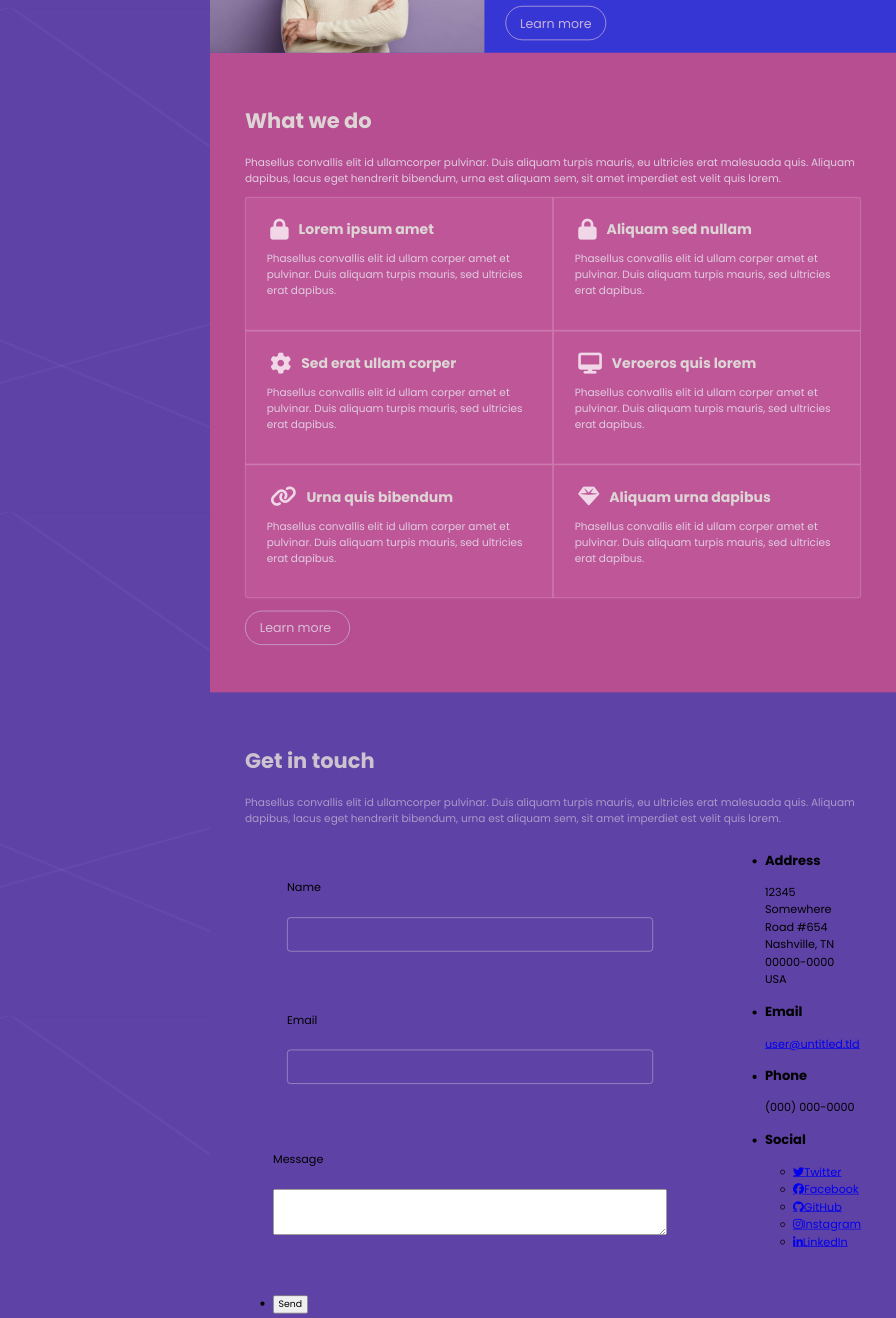
Repository: zai31/KIMIT_Tasks
Page: JsSession8/index.html
The author's editor kept a copy of each file at every save. The page is drawn from the files as they stood at one save, then again after a run of saves.
The browser window is 1280 px wide. The pictures show the part of the page from y = 1429 to 3349 px (the page is 3312 px tall before and 3349 px after), at 70% of full size.
Backgrounds fixed to the window are drawn as part of the page.

Above is the page before, as saved 2025-09-15 22:25:40.

After the next 3 saves:
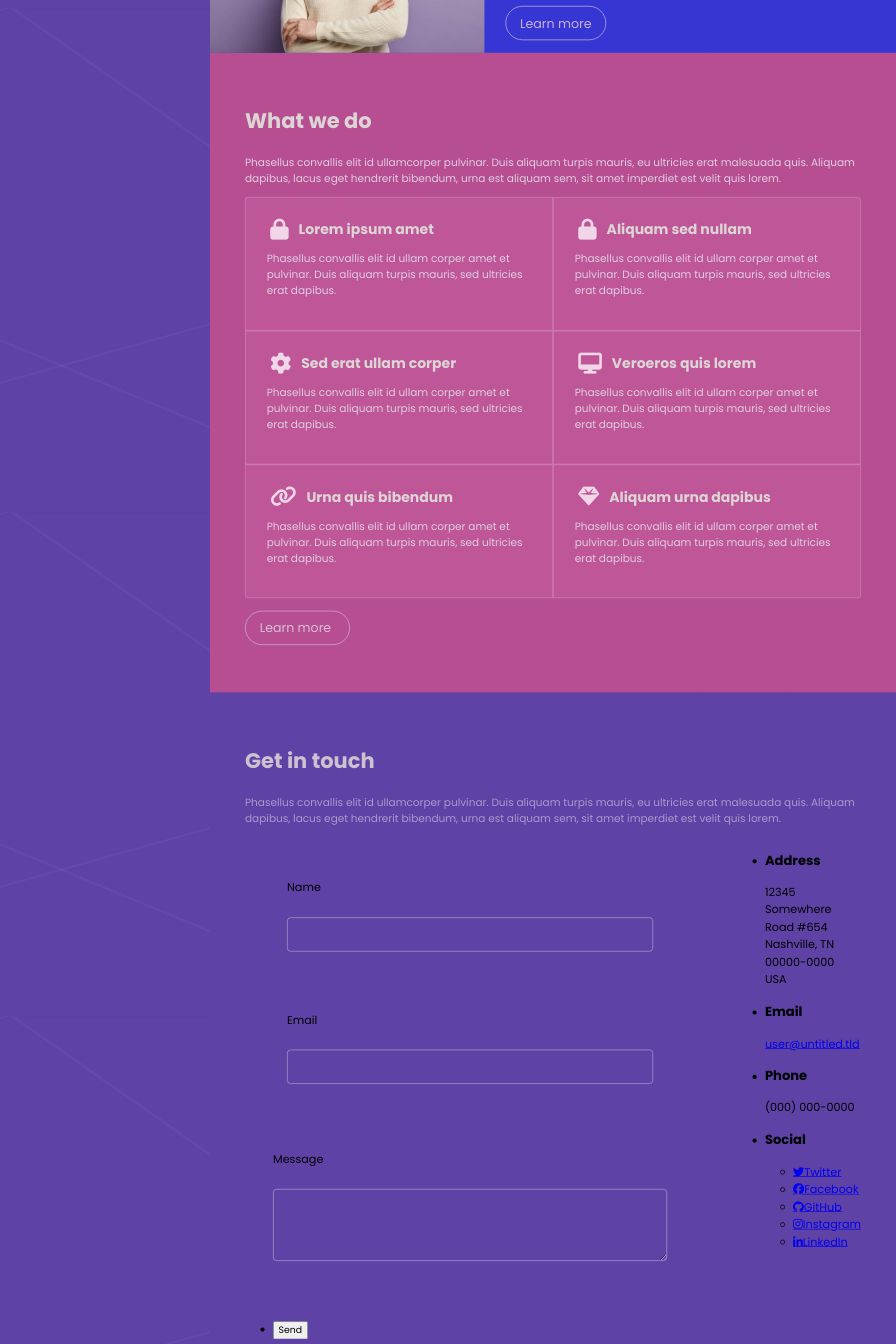
The 3 saves are shown as one change because they came seconds apart.
The last was saved 35 s later.
--- a/JsSession8/CSS/style.css
+++ b/JsSession8/CSS/style.css
@@ -294,7 +294,7 @@ body {
   flex: 1; /* make name and email share equal width */
 
 }
-.field input{
+.field input, .field textarea{
     background-color: transparent;
     border: 1px solid #e0cee19d;
     padding: 10px 20px;
